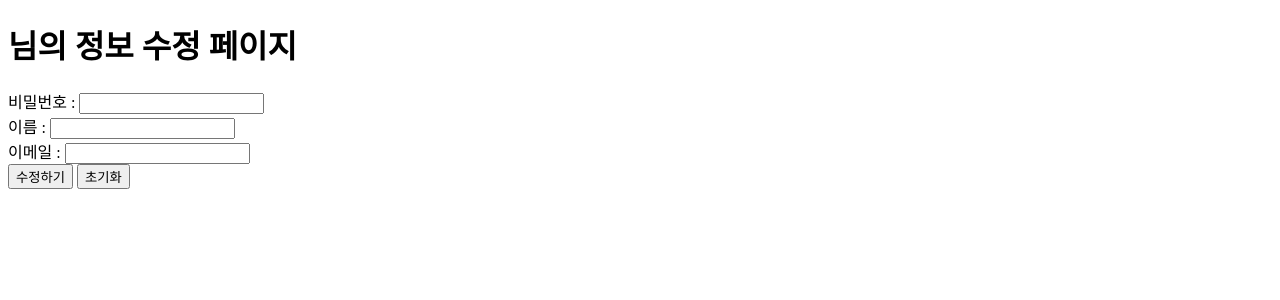
Repository: dev-leeJin/pet_cafe
Page: http://localhost/petCafePrj/users/login_update.jsp
An editor plug-in stored every save of this project. The page is shown before and after the next save, followed by the edit.
The browser window is 1280 px wide. The pictures show the whole page.
The page is served by Tomcat 9.

Above is the page before, as saved 2022-03-08 06:42:02.

After the next save:
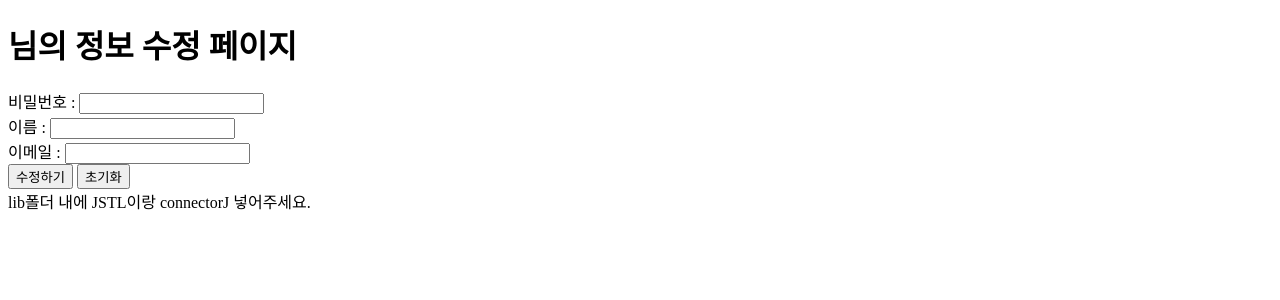
Saved 54 s later.
--- a/petCafePrj/src/main/webapp/users/login_update.jsp
+++ b/petCafePrj/src/main/webapp/users/login_update.jsp
@@ -19,3 +19,5 @@
 
 </body>
 </html>
+
+lib폴더 내에 JSTL이랑 connectorJ 넣어주세요.

After the 3 saves that followed:
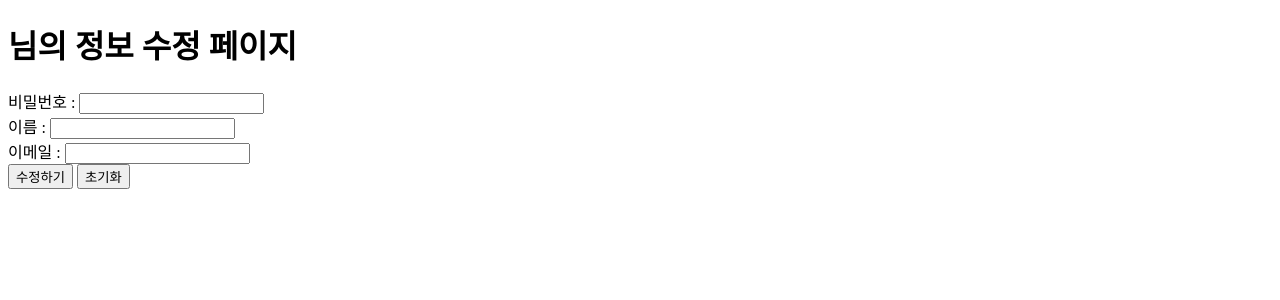
The 3 saves are shown as one change because 1 left the picture as it was and some came seconds apart.
The last was saved 34 s later.
--- a/petCafePrj/src/main/webapp/users/login_update.jsp
+++ b/petCafePrj/src/main/webapp/users/login_update.jsp
@@ -19,5 +19,3 @@
 
 </body>
 </html>
-
-lib폴더 내에 JSTL이랑 connectorJ 넣어주세요.
